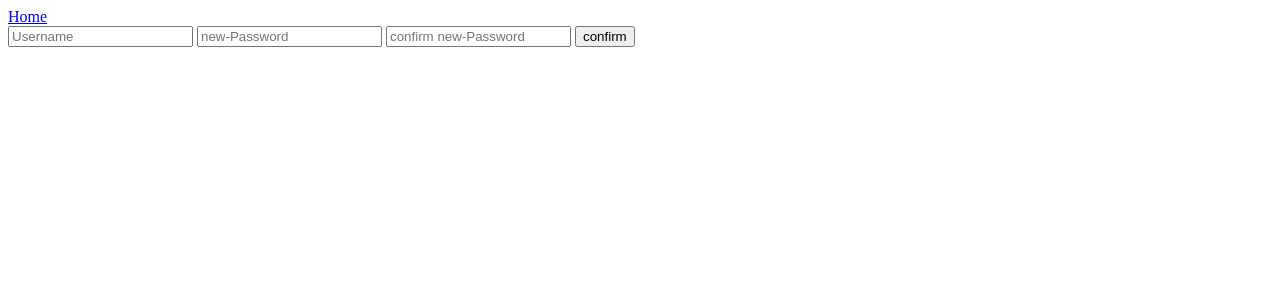
Repository: YagahAi/MARCATIR
Page: forgottenpass.html
These files come from the project's save history. The page is drawn as it stood at one moment and after the next save; the edit follows.
The browser window is 1280 px wide. The pictures show the whole page.

Above is the page before, as saved 2023-09-27 11:30:01.

After the next save:
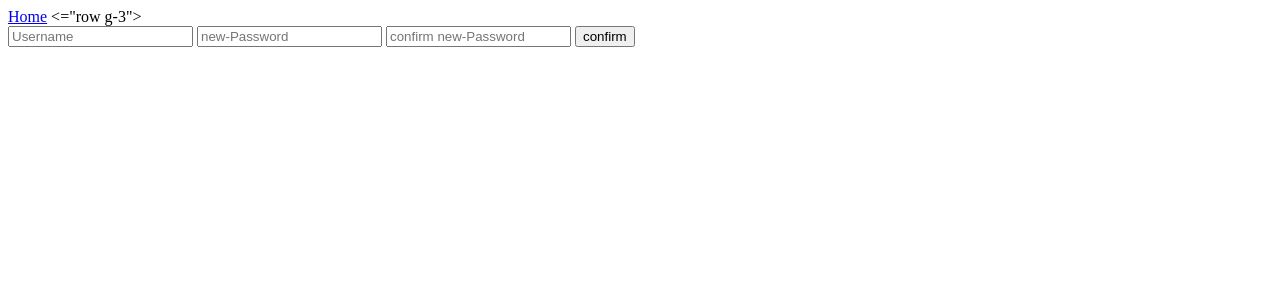
Saved 5 s later.
--- a/forgottenpass.html
+++ b/forgottenpass.html
@@ -6,7 +6,7 @@
     <title>Document</title>
 </head>
 <a href="/index.html" class="container .hm">Home</a>
-    <bcla="row g-3">
+    <="row g-3">
         <form>
         <input type="text" id= "username"placeholder="Username"/>
         <input type=" new-Password" id="new-Password" placeholder="new-Password" />

After the 2 saves that followed:
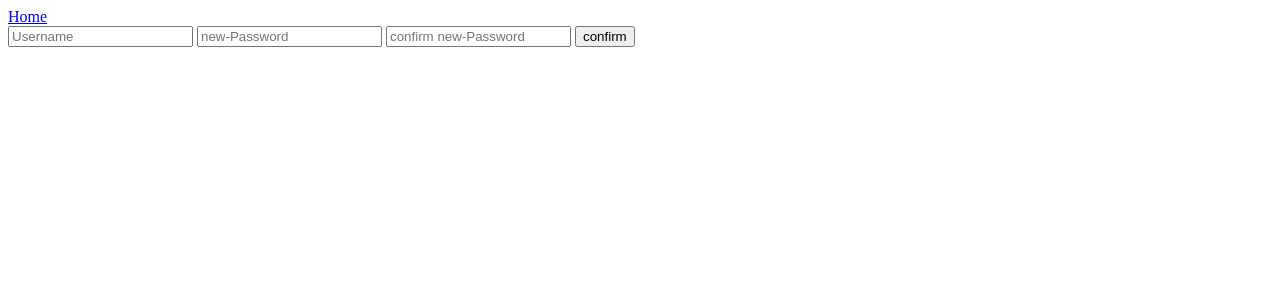
The 2 saves are shown as one change because they came seconds apart.
The last was saved 6 s later.
--- a/forgottenpass.html
+++ b/forgottenpass.html
@@ -6,7 +6,7 @@
     <title>Document</title>
 </head>
 <a href="/index.html" class="container .hm">Home</a>
-    <="row g-3">
+    <form="row g-3">
         <form>
         <input type="text" id= "username"placeholder="Username"/>
         <input type=" new-Password" id="new-Password" placeholder="new-Password" />
